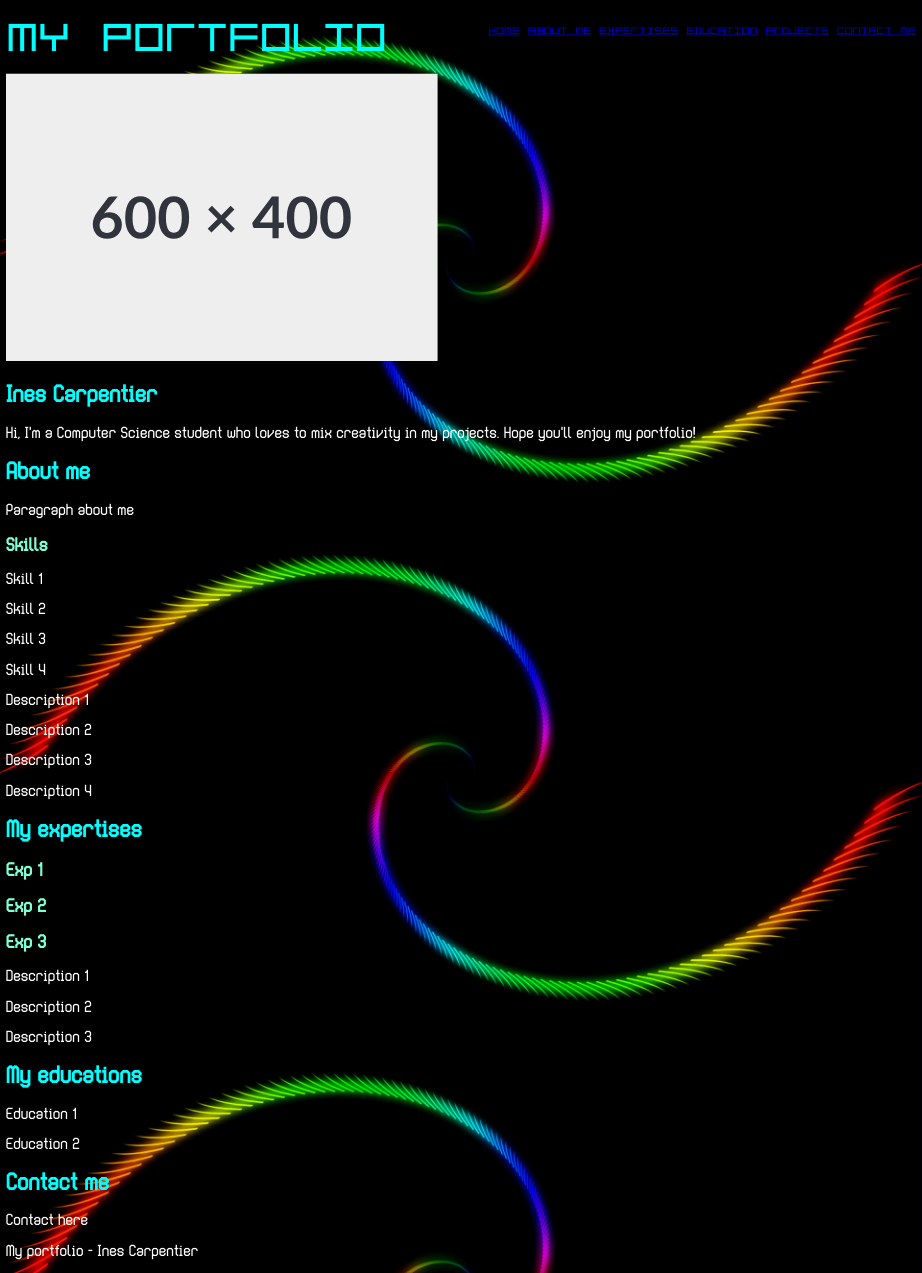
Repository: InsCarp/InsCarp
Page: index.html
An editor plug-in stored every save of this project. The page is shown before and after the next save, followed by the edit.
The browser window is 1280 px wide. The pictures show the whole page, at 72% of full size.
Backgrounds fixed to the window are drawn as part of the page.

Above is the page before, as saved 2026-04-22 10:58:56.

### index.html
<!DOCTYPE html>
<html lang="en">
<head>
    <meta charset="UTF-8">
    <meta name="viewport" content="width=device-width, initial-scale=1.0">
    <link rel="icon" href="/assets/images/Logo.png" type="image/png" />
    <link rel="stylesheet" href="/styles/globals.css" type="text/css"/>
    <link rel="stylesheet" href="/styles/index.css" type="text/css"/>

    <title>Portfolio - Ines Carpentier</title>
</head>
<header>
    <h1 id="Title">My portfolio</h1>
    <nav>
        <a href="index.html">Home</a>
        <a href="#About">About me</a>
        <a href="#Expertises">Expertises</a>
        <a href="#Education">Education</a>
        <a href="project.html">Projects</a> <!--Put my project page here-->
        <a href="#Contact">Contact me</a>
    </nav>
</header>
<body>
    <div class="Intro">
        <article>
            <img src="/assets/images/placeholder.svg" alt="Me in a circle placeholder"/>
        </article>
        <article>
            <h2>Ines Carpentier</h2>
            <p>Hi, I'm a Computer Science student who loves to mix creativity in my projects.
                Hope you'll enjoy my portfolio!</p>
        </article>
    </div>
    <div class="About">
        <h2 id="About">About me</h2>
        <p>Paragraph about me</p>
        <h3>Skills</h3>
        <article>
            <p>Skill 1</p>
            <p>Skill 2</p>
            <p>Skill 3</p>
            <p>Skill 4</p>
        </article>
        <article>
            <p>Description 1</p>
            <p>Description 2</p>
            <p>Description 3</p>
            <P>Description 4</P>
        </article>
    </div>
    <div class="Exp">
        <h2 id="Expertises">My expertises</h2>
        <article>
            <h3>Exp 1</h3>
            <h3>Exp 2</h3>
            <h3>Exp 3</h3>
        </article>
        <article>
            <p>Description 1</p>
            <p>Description 2</p>
            <p>Description 3</p>
        </article>
    </div>
    <div class="Education">
        <h2 id="Education">My educations</h2>
        <p>Education 1</p>
        <p>Education 2</p>
    </div>
    <div class="Contact">
        <h2 id="Contact">Contact me</h2>
        <p>Contact here</p>
    </div>
</body>
<footer>
    <p>My portfolio - Ines Carpentier</p>
</footer>
</html>

### styles/globals.css
@font-face {
    font-family: Title;
    src: url(/assets/fonts/Y224-2vdae.ttf);
}
@font-face {
    font-family: Portfolio;
    src: url(/assets/fonts/Eightgon-OGn6p.ttf);
}

html{
    font-size:20px;
}

a:visited{
    color:aquamarine;
}
a:hover{
    color:greenyellow;
}
a:active{
    color:yellow;
}

body{
    background-color:rgb(0, 2, 36);
    color:rgb(255, 255, 255);
    background-image: url(../assets/images/back.gif);
    background-size: cover;
    background-repeat: no-repeat;
    background-attachment: fixed;
    font-family: Portfolio;
}




h1, h2{
    color:aqua;

}

h3{
    color:aquamarine;
}

@media only screen and (max-width: 400px){
    header {
    display: flex;
    flex-direction: row;
    font-family: Title;
    justify-content: space-between;

}
nav{
    display:none;
}
}

@media only screen and (min-width: 1200px){
    header {
    display: flex;
    flex-direction: row;
    font-family: Title;
    justify-content: space-between;

}
nav{
    justify-self: right;
    margin-top: 30px;
    font-size:0.5rem;
}

}

Loaded but not shown: styles/index.css (no stored copy; drawn as an empty file)

After the next save:
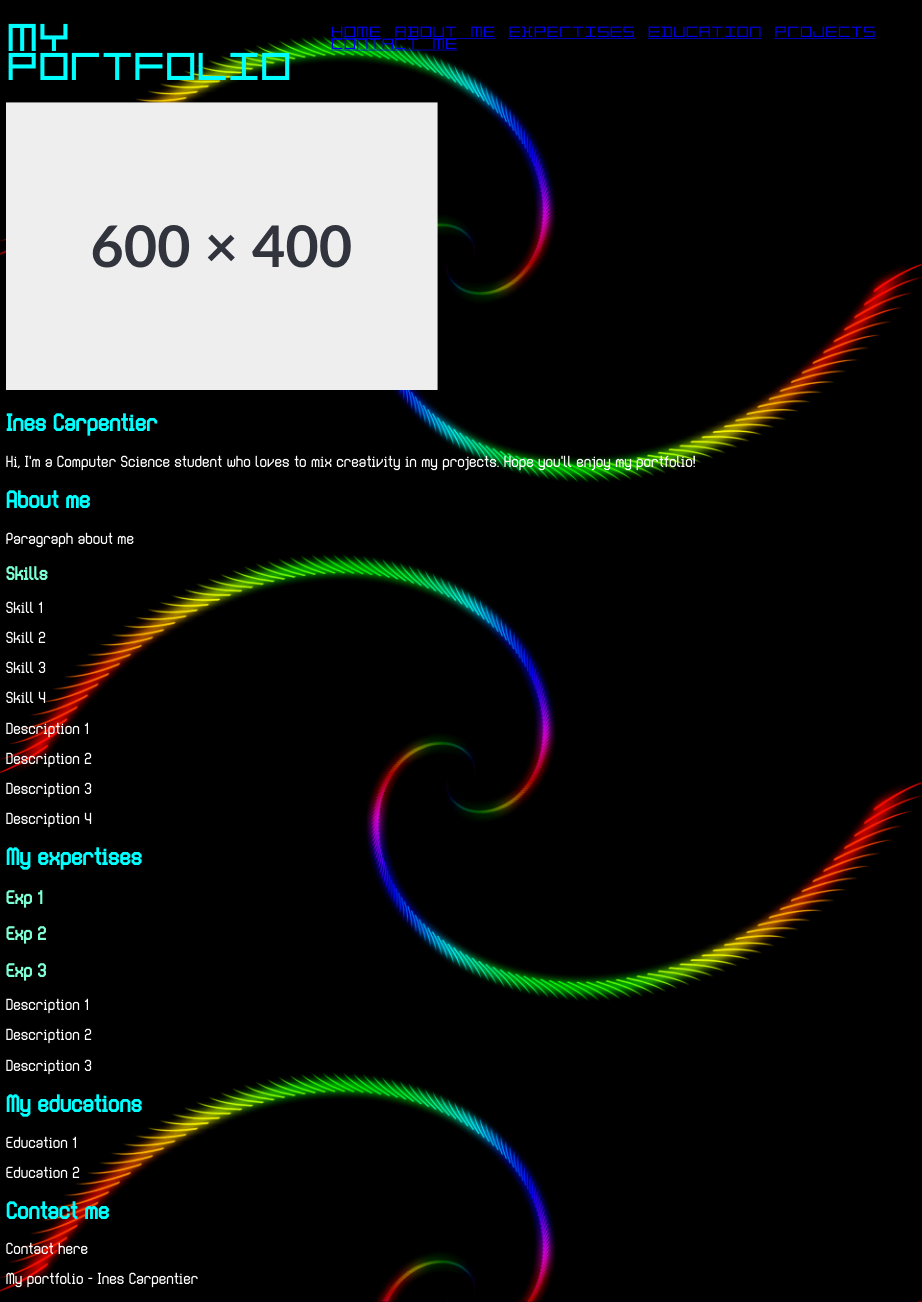
Saved 7 s later.
--- a/styles/globals.css
+++ b/styles/globals.css
@@ -67,7 +67,7 @@ nav{
 nav{
     justify-self: right;
     margin-top: 30px;
-    font-size:0.5rem;
+    font-size:0.8rem;
 }
 
 }
